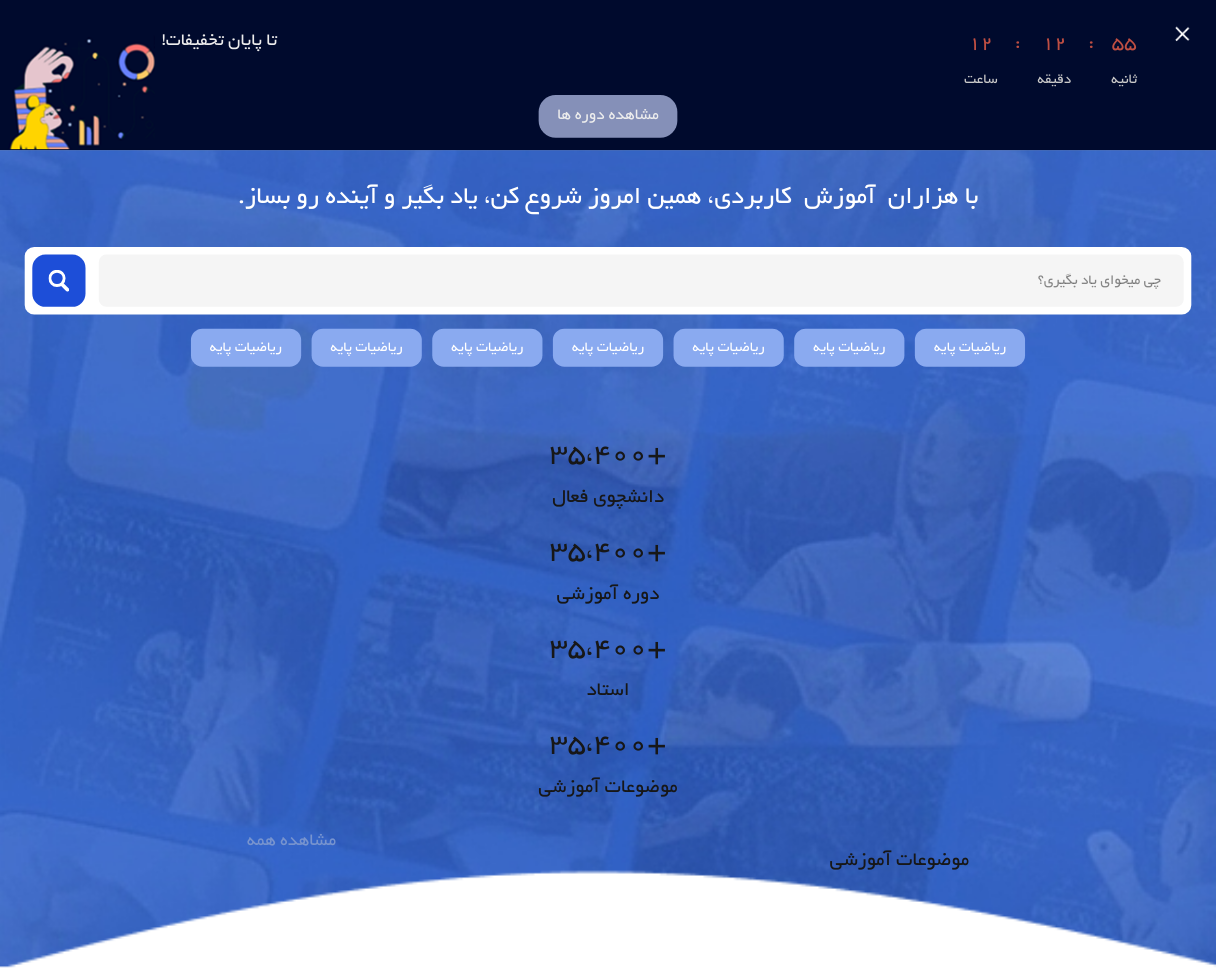
Repository: sinafath/fradars
Page: /
An editor plug-in stored every save of this project. The page is shown before and after a run of saves, followed by the edit.
The browser window is 1280 px wide. The pictures show the whole page, at 95% of full size.
The project was rebuilt for these pictures with package versions that can differ from the ones it lists, and the page was loaded fresh each time. The framework's server and built-in components were replaced by stand-ins that run in the browser. Also part of the build but not shown: next.config.ts.

Above is the page before, as saved 2025-09-21 20:20:55.

### src/app/layout.tsx
import type { Metadata } from "next";
import localFont from 'next/font/local'

const myFont = localFont({
  src: '../../public/BYEKAN.ttf',
})
import "./globals.css";

console.log(myFont)

export const metadata: Metadata = {
  title: "Fradars",
  description: "tutoring website",
};

export default function RootLayout({
  children,
}: Readonly<{
  children: React.ReactNode;
}>) {
  return (
    <html lang="fa" dir="rtl" className={myFont.className}>
      <body
      >
        {children}
      </body>
    </html>
  );
}

### src/app/page.tsx
import { Center, Column, Row } from "@/components/core";
import Image from "next/image";

export default function Home() {
  return (
    <div>
      <div className="w-full relative flex justify-center bg-[#000A2D] h-[158px] ">
        <Image
          aria-hidden
          className="absolute left-0"
          src="/1.png"
          alt="File icon"
          width={163}
          height={157}
        />
        <Image
          aria-hidden
          className="absolute top-[28px] start-[28px]"
          src="/2.png"
          alt="File icon"
          width={15}
          height={15}
        />
        <Row className="top-[30px] absolute start-[83px] gap-[18px] h-[58px]" align="start" >
          <Column className="gap-[20px] text-center">
            <span className="text-[22px]  h-[22px]  text-[#BF4F43]">۵۵</span>
            <span className="text-[#C9C9C9] text-[16px]">ثانیه</span>
          </Column >
          <span className="text-[22px] text-[#BF4F43]">:</span>
          <Column className="gap-[20px] text-center">
            <span className="text-[22px] h-[22px]  text-[#BF4F43]">۱۲</span>
            <span className="text-[#C9C9C9] text-[16px]">دقیقه</span>
          </Column >
          <span className="text-[22px] text-[#BF4F43]">:</span>
          <Column className="gap-[20px] text-center">
            <span className="text-[22px] h-[22px]  text-[#BF4F43]">۱۲</span>
            <span className="text-[#C9C9C9] text-[16px]">ساعت</span>
          </Column >

        </Row>
        <p className=" absolute top-[29px] end-[170px] text-[#EDEDED] text-[20px]">تا پایان تخفیفات!</p>
        <button className=" w-[146px] h-[45px] bg-[#8590B8] rounded-[18px] absolute bottom-[13px] text-[18px] text-[#EDEDED]">مشاهده دوره ها</button>
      </div>
      <Column className="relative text-center">
        <h1 className="text-[28px] text-white pt-[30px] px-[62px]"> با هزاران  آموزش‌  کاربردی، همین امروز شروع کن،
          یاد بگیر و آینده رو بساز.</h1>
        <Row className="mt-[30px] w-[calc(100%-52px)] bg-white p-[8px] gap-[14px] h-[71px] mx-[26px] rounded-[10px]" >
          <input type="text" className="bg-[#F5F5F5] flex-1 h-full rounded-[8px] px-[24px] " placeholder="چی میخوای یاد بگیری؟" />
          <Center className="bg-[#1D4ED8] w-[56px] h-full rounded-[14px]">
            <img src="/4.svg" />
          </Center>
        </Row>
        <Row className="flex-wrap gap-x-[11px] gap-y-[15px] mt-[15px] justify-center ">
          <div className="rounded-[12px] text-[16px] px-[20px] py-[8px] bg-[#8AAAF0] text-white"> ریاضیات پایه </div>
          <div className="rounded-[12px] text-[16px] px-[20px] py-[8px] bg-[#8AAAF0] text-white"> ریاضیات پایه </div>
          <div className="rounded-[12px] text-[16px] px-[20px] py-[8px] bg-[#8AAAF0] text-white"> ریاضیات پایه </div>
          <div className="rounded-[12px] text-[16px] px-[20px] py-[8px] bg-[#8AAAF0] text-white"> ریاضیات پایه </div>
          <div className="rounded-[12px] text-[16px] px-[20px] py-[8px] bg-[#8AAAF0] text-white"> ریاضیات پایه </div>
          <div className="rounded-[12px] text-[16px] px-[20px] py-[8px] bg-[#8AAAF0] text-white"> ریاضیات پایه </div>
          <div className="rounded-[12px] text-[16px] px-[20px] py-[8px] bg-[#8AAAF0] text-white"> ریاضیات پایه </div>
        </Row>
        <Image
          aria-hidden
          className="absolute top-0 start-0 w-full z-[-1]"
          src="/3.png"
          alt="File icon"
          width={560}
          height={377}
        />
      </Column>
      <Column className="gap-[17px] text-center pt-[70px] ">
        <Column className="gap-[4px]">
          <div className="text-[32px]"> +۳۵،۴۰۰</div>
          <div className="text-[22px]">دانشچوی فعال</div>
        </Column>
        <Column className="gap-[4px]">
          <div className="text-[32px]">  +۳۵،۴۰۰ </div>
          <div className="text-[22px]"> دوره آموزشی</div>
        </Column>
        <Column className="gap-[4px]">
          <div className="text-[32px]"> +۳۵،۴۰۰</div>
          <div className="text-[22px]"> استاد</div>
        </Column>
        <Column className="gap-[4px]">
          <div className="text-[32px]"> +۳۵،۴۰۰</div>
          <div className="text-[22px]"> موضوعات آموزشی</div>
        </Column>
      </Column>
      <Row justify="around">
        <h3 className="text-[22px] mt-[44px] mt-[44px]">موضوعات آموزشی</h3>
                <p className="text-[20px] text-[#7894CE]"> مشاهده همه</p>

      </Row>
    </div>
  );
}

### src/app/globals.css

@import "tailwindcss";

:root {
  --background: #ffffff;
  --foreground: #171717;
}

@theme inline {
  --color-background: var(--background);
  --color-foreground: var(--foreground);
}
@layer base {
  *{
    @apply box-border; /* Ensures box-sizing: border-box */
  }
}
@media (prefers-color-scheme: dark) {
  :root {
    --background: #0a0a0a;
    --foreground: #ededed;
  }
}


body {
  background: var(--background);
  color: var(--foreground);
  font-weight: normal;
}

### src/components/core.tsx
import { cn } from "@/lib/utils";
import { ReactNode } from "react";

type AlignItems = 'start' | 'center' | 'end' | 'baseline' | 'stretch';
type JustifyContent = 'start' | 'center' | 'end' | 'between' | 'around' | 'evenly';

interface FlexProps {
    children?: ReactNode;
    className?: string;
    align?: AlignItems;
    justify?: JustifyContent;
}

const alignClasses: Record<AlignItems, string> = {
    start: 'items-start',
    center: 'items-center',
    end: 'items-end',
    baseline: 'items-baseline',
    stretch: 'items-stretch',
};

const justifyClasses: Record<JustifyContent, string> = {
    start: 'justify-start',
    center: 'justify-center',
    end: 'justify-end',
    between: 'justify-between',
    around: 'justify-around',
    evenly: 'justify-evenly',
};

interface CenterProps {
    children: ReactNode;
    className?: string;
}

function Center({ children, className }: CenterProps) {
    return (
        <div className={cn('flex items-center justify-center', className)}>
            {children}
        </div>
    );
}

function Row({
    children,
    className,
    align = 'center',
    justify = 'start',
    ...props
}: FlexProps) {
    return (
        <div
            className={cn('flex flex-row', alignClasses[align], justifyClasses[justify], className)}
            {...props}
        >
            {children}
        </div>
    );
}

function Column({
    children,
    className,
    align = 'center',
    justify = 'start',
    ...props
}: FlexProps) {
    return (
        <div
            className={cn('flex flex-col', alignClasses[align], justifyClasses[justify], className)}
            {...props}
        >
            {children}
        </div>
    );
}

export { Column, Center, Row };

Loaded but not shown: src/lib/utils.ts (common file)

After the next 2 saves:
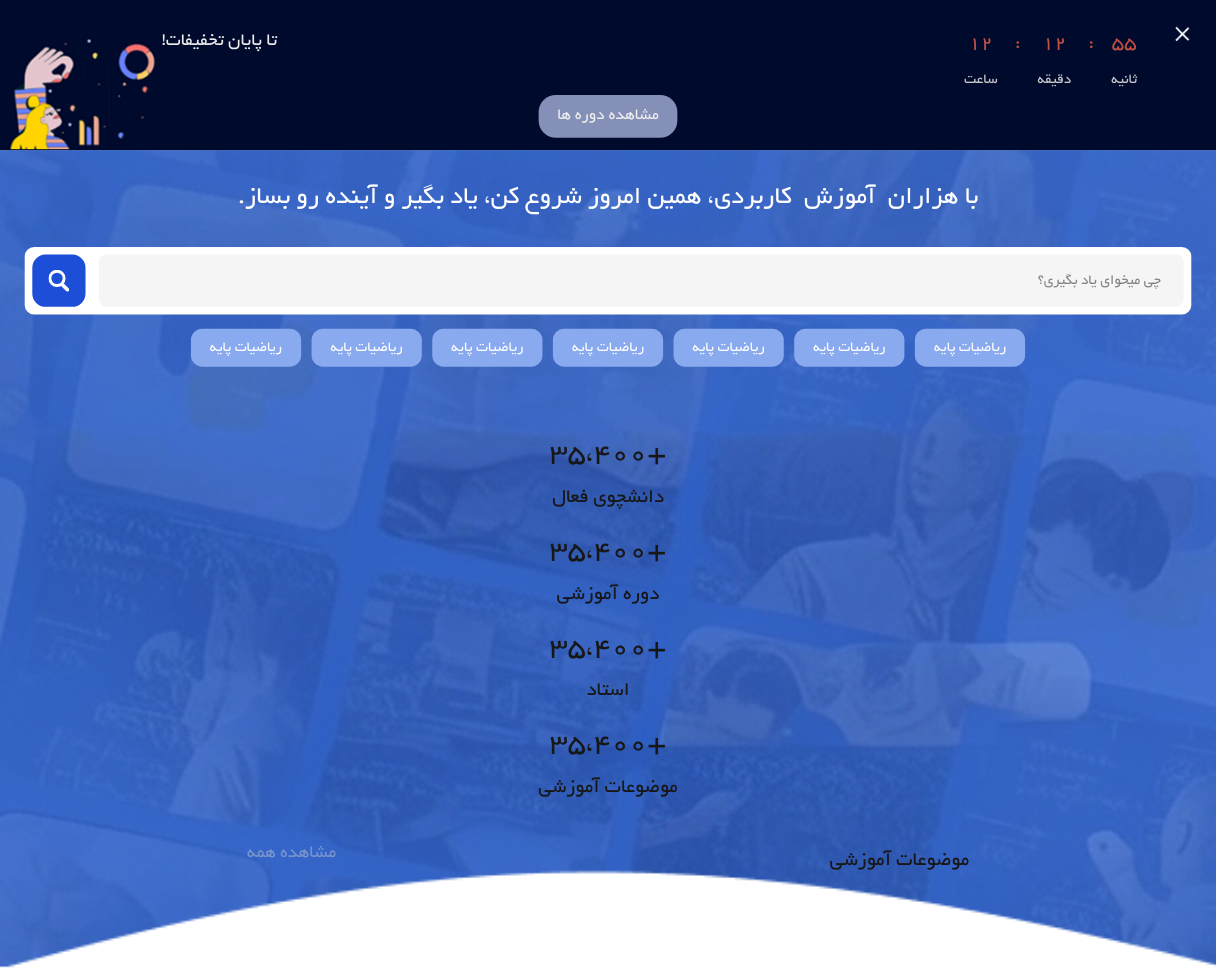
The 2 saves are shown as one change because they came seconds apart.
The last was saved 10 s later.
--- a/src/app/page.tsx
+++ b/src/app/page.tsx
@@ -87,7 +87,7 @@
         </Column>
       </Column>
       <Row justify="around">
-        <h3 className="text-[22px] mt-[44px] mt-[44px]">موضوعات آموزشی</h3>
+        <h3 className="text-[22px] mt-[44px] mb-[26px]">موضوعات آموزشی</h3>
                 <p className="text-[20px] text-[#7894CE]"> مشاهده همه</p>
 
       </Row>
